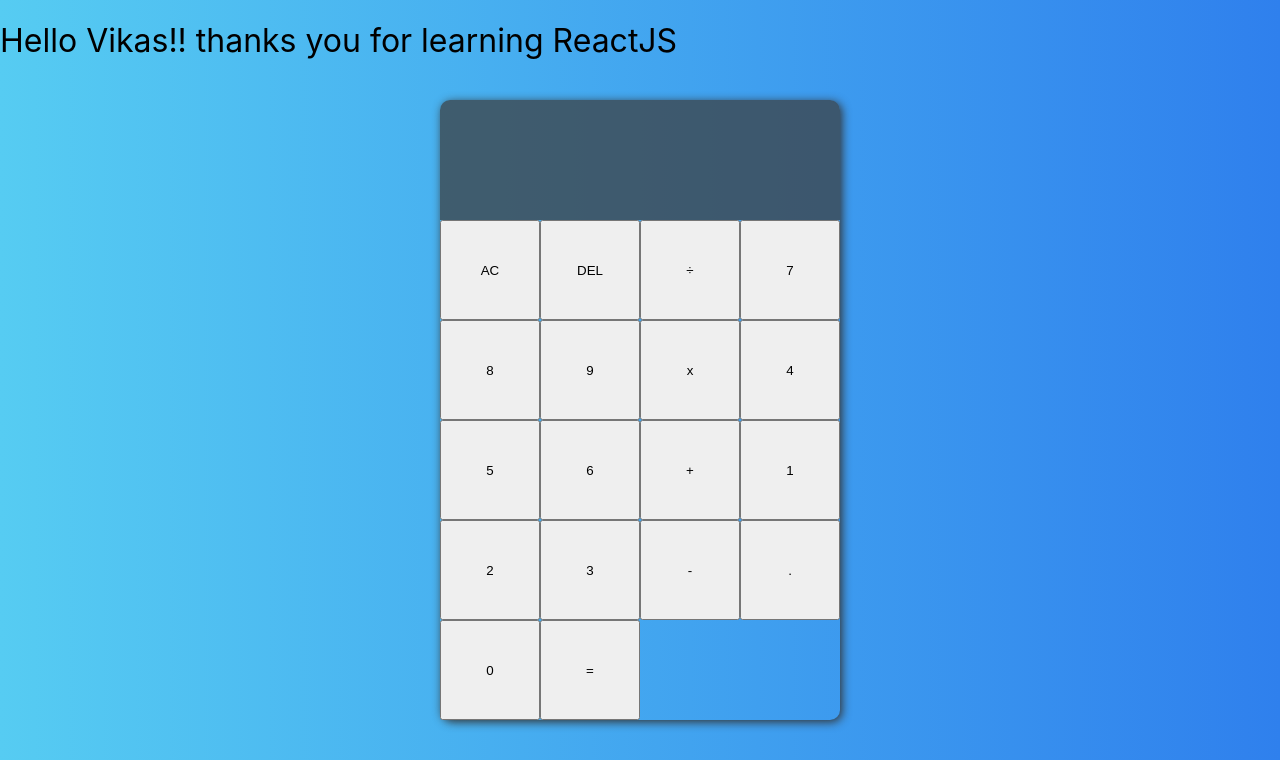
Repository: vikas-1234/calculator
Page: /
An editor plug-in stored every save of this project. The page is shown before and after the next save, followed by the edit.
The browser window is 1280 px wide. The pictures show the whole page.
The project was rebuilt for these pictures with package versions that can differ from the ones it lists, and the page was loaded fresh each time.

Above is the page before, as saved 2024-01-17 22:32:41.

After the next save:
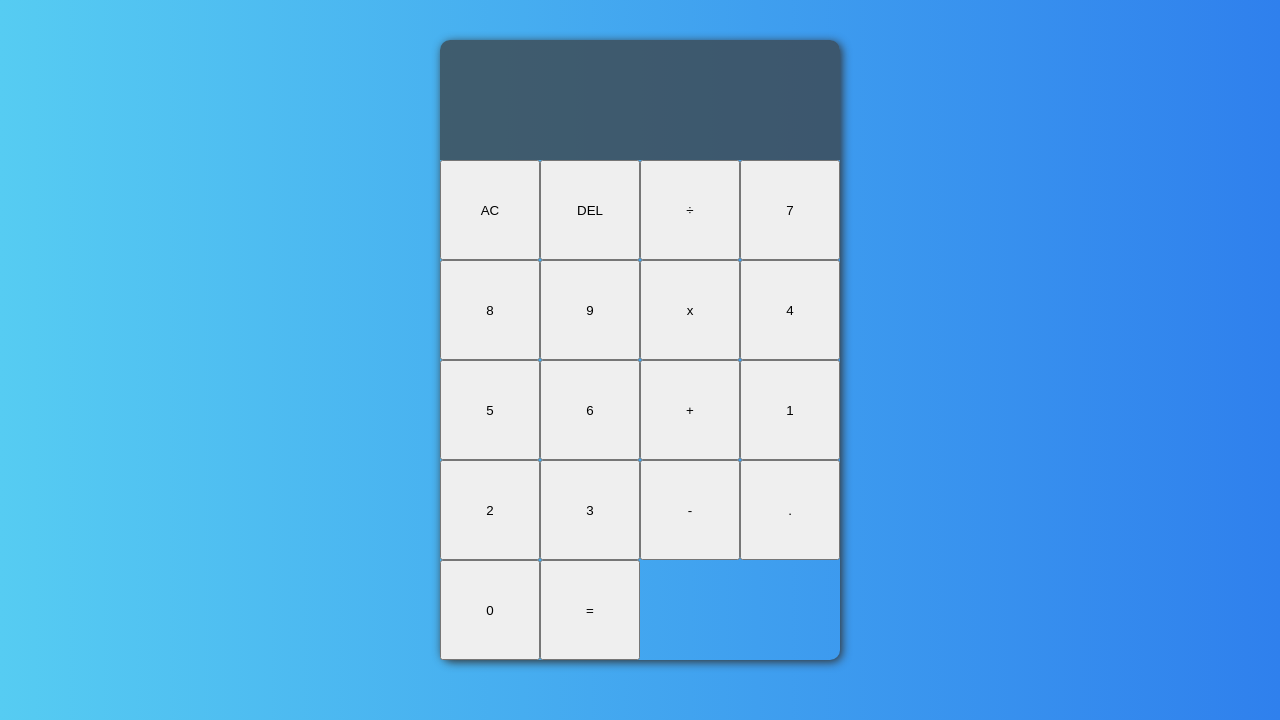
Saved 28 s later.
--- a/src/App.js
+++ b/src/App.js
@@ -3,7 +3,7 @@
 function App() {
   return (
     <div className="App">
-      <h1>Hello Vikas!! thanks you for learning ReactJS</h1>
+
       <Calculator/>
     </div>
   );
